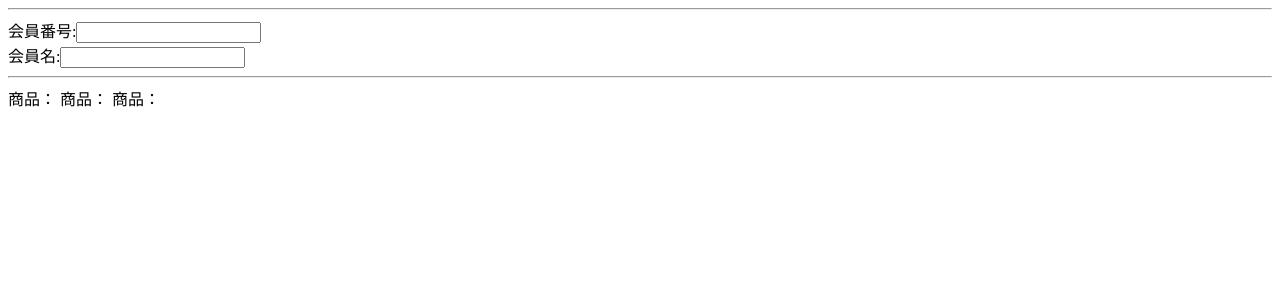
Repository: aiueo20/18ca0155
Page: SSP/kadai0204/WebContent/index.html
These files come from the project's save history. The page is drawn as it stood at one moment and after the next save; the edit follows.
The browser window is 1280 px wide. The pictures show the whole page.

Above is the page before, as saved 2018-11-26 07:35:11.

### SSP/kadai0204/WebContent/index.html
<!DOCTYPE html>
<html>
<head>
<meta charset="UTF-8">
<title>kadai0204</title>
</head>
<body>
<form action="/kadai0204/BuyServlet" method="get">
<hr>
会員番号:<input type="text" name="kaiinnbangou"><br>
会員名:<input type="text" name="kaiinnmei"><br>
<hr>
商品：
商品：
商品：
</form>

</body>
</html>

After the next save:
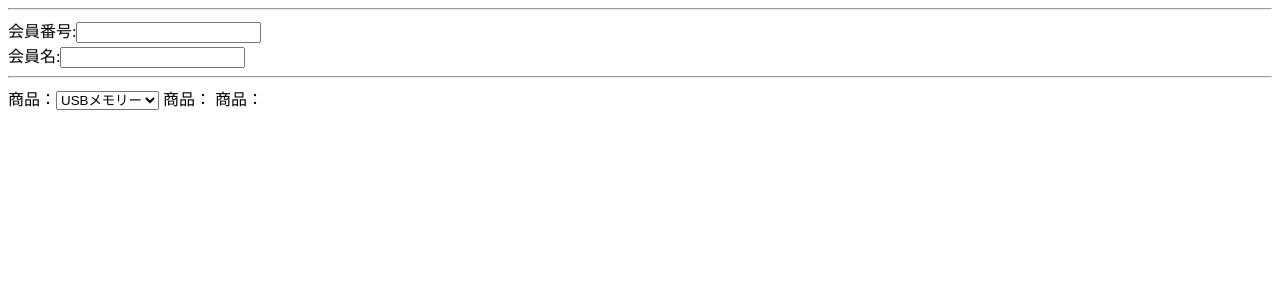
Saved 88 s later.
--- a/SSP/kadai0204/WebContent/index.html
+++ b/SSP/kadai0204/WebContent/index.html
@@ -10,7 +10,10 @@
 会員番号:<input type="text" name="kaiinnbangou"><br>
 会員名:<input type="text" name="kaiinnmei"><br>
 <hr>
-商品：
+商品：<select name="product1">
+		<option>USBメモリー</option>
+		<option>マウス</option>
+	　</select>
 商品：
 商品：
 </form>
